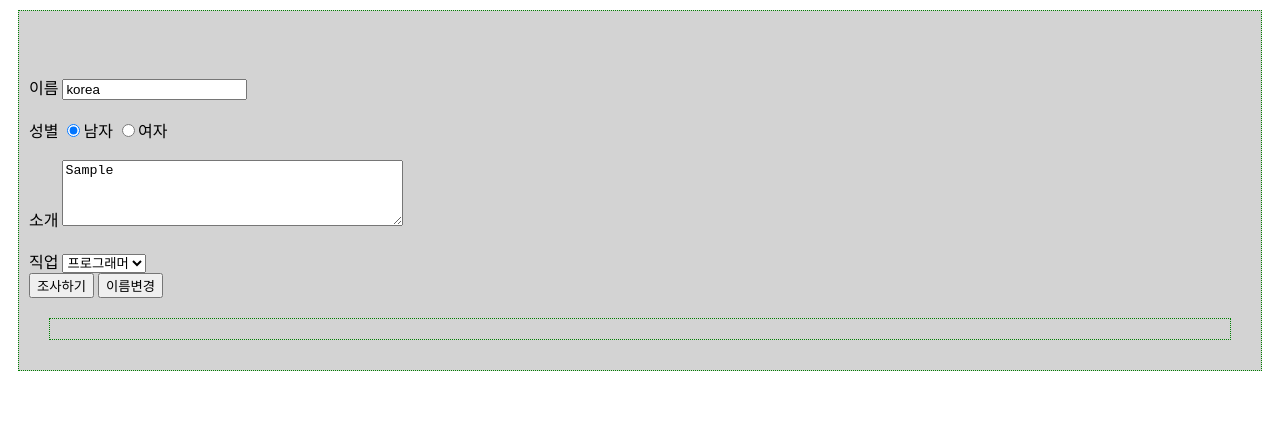
Repository: JJaeHwan/HTML
Page: jquerypro/WebContent/0112/forminfo.html
An editor plug-in stored every save of this project. The page is shown before and after the next save, followed by the edit.
The browser window is 1280 px wide. The pictures show the whole page.
Empty fields were first filled with sample values (such as "Sample", 5 or name@example.com).
After loading, the first visible `#btnview` was clicked once.

Above is the page before, as saved 2023-01-12 08:24:25.

After the next save:
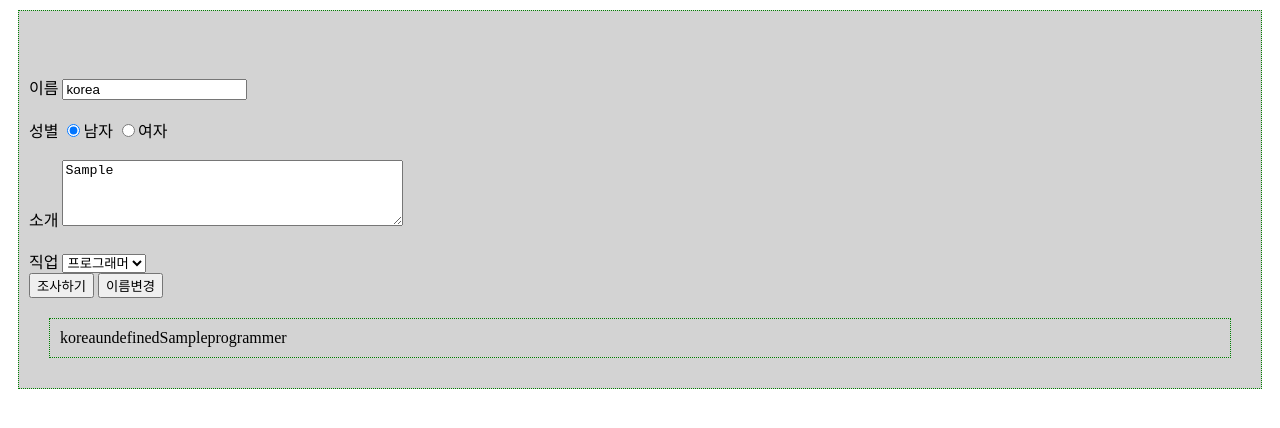
Saved 115 s later.
--- a/jquerypro/WebContent/0112/forminfo.html
+++ b/jquerypro/WebContent/0112/forminfo.html
@@ -14,17 +14,20 @@
 		  str ="";
 
 		  // 각 입력 또는 선택한 값들을 가져온다
-		  $('')
-		 	str += $('#user').val();
 
-		  $('.gend:checked').val();
+		  str += $('#user').val();
+		  str += $('.gend:checked').val();
+		  str += $('#intro').val();
+		  str += $('#work option:selected').val()
 
-	      $('#work option:selected').val()
+
+
 
 		  // 출력내용
 
 
 		  //출력
+		  $('#res1').html(str);
 
 	})
 
